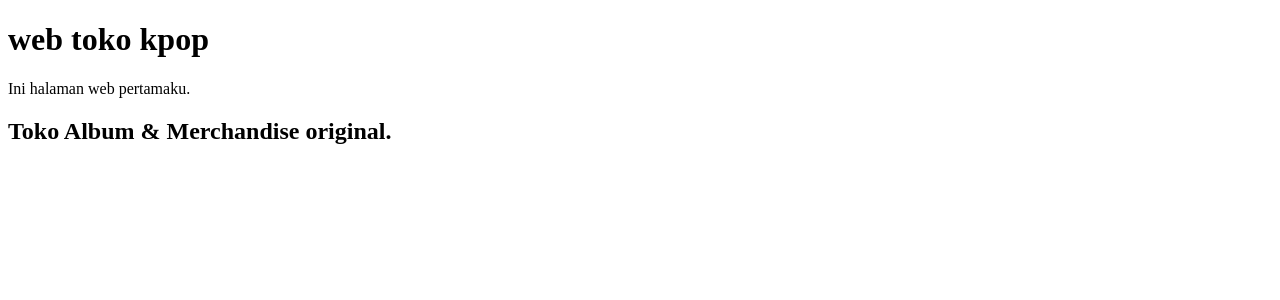
Repository: sekartazivi/241552010020-Web-Application-Development
Page: test.html
These files come from the project's save history. The page is drawn as it stood at one moment and after a run of saves; the edit follows.
The browser window is 1280 px wide. The pictures show the whole page.

Above is the page before, as saved 2026-02-20 08:18:53.

### test.html
<!DOCTYPE html>
<html lang="en">
<head>
    <meta charset="UTF-8">
    <meta name="viewport" content="width=device-width, initial-scale=<,>">
    <title>Document</title>
</head>
<body>
    <h1>web toko kpop</h1>
    <p>Ini halaman web pertamaku.</p>
    <h2>Toko Album & Merchandise original.</h2>
    <h3></h3>
</body>
</html>

After the next 2 saves:
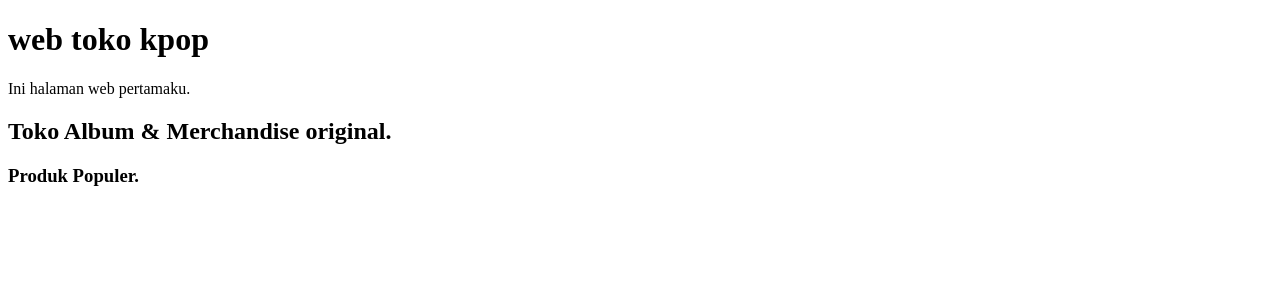
The 2 saves are shown as one change because they came seconds apart.
The last was saved 55 s later.
--- a/test.html
+++ b/test.html
@@ -9,6 +9,6 @@
     <h1>web toko kpop</h1>
     <p>Ini halaman web pertamaku.</p>
     <h2>Toko Album & Merchandise original.</h2>
-    <h3></h3>
+    <h3>Produk Populer.</h3>
 </body>
 </html>
